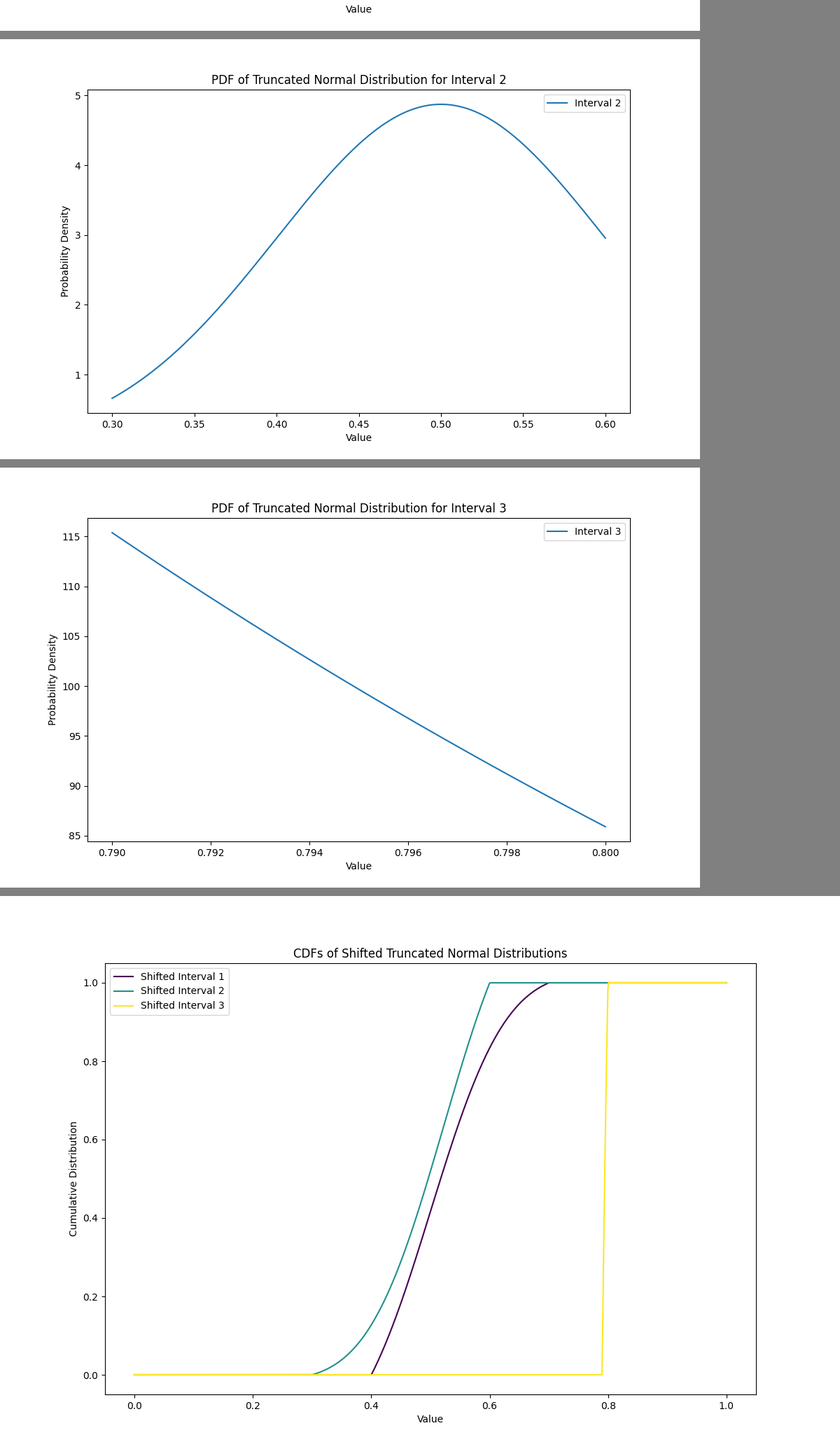
Repository: KrystofM/stealing-part-lm-supplementary-plaid
Script's output: python optimize_logit_queries/askers/some_one_over_n_copy.py
These files come from the project's save history. The script's output is drawn as it stood at one moment and after the next save; the edit follows.
The pictures show rows 556 to 2636 of an output 2636 px tall, at 70% of full size.
Each picture stacks the figures in order, with grey between them; figures that are only written to a file come last. Random numbers start from a fixed seed.

Above is the script's output before, as saved 2024-06-20 16:26:59.

After the next save:
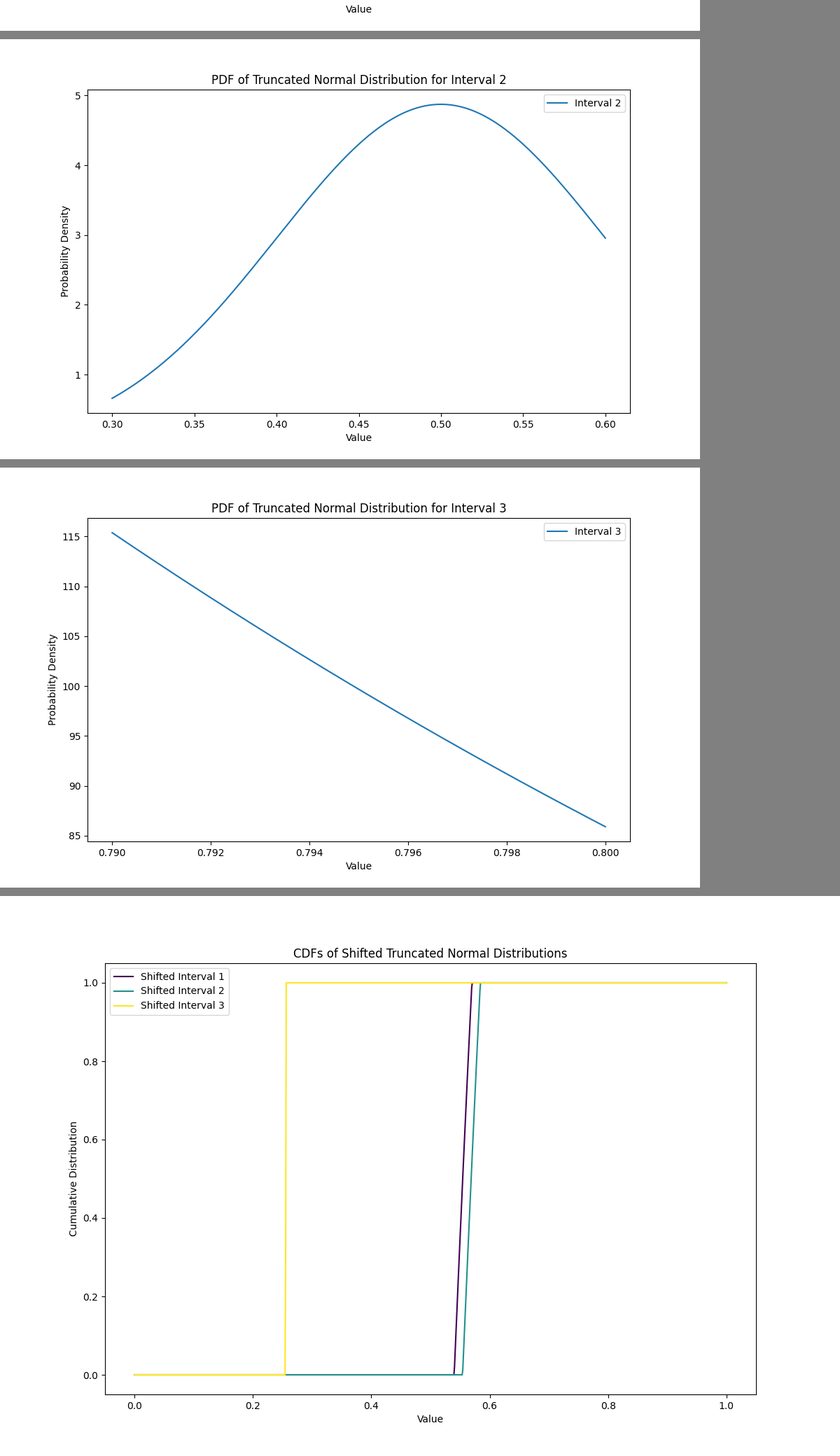
Saved 3 min 6 s later.
--- a/optimize_logit_queries/askers/some_one_over_n_copy.py
+++ b/optimize_logit_queries/askers/some_one_over_n_copy.py
@@ -140,7 +140,7 @@ for i in range(n):
     x_min = 0  # Extend the range to cover more of the tail
     x_max = 1
     x = np.linspace(x_min, x_max, 1000)
-    shifted_dist = truncnorm((low[i] - mu - r_values[i]) / sigma, (high[i] - mu - r_values[i]) / sigma, loc=mu + r_values[i], scale=sigma)
+    shifted_dist = truncnorm(low[i]+ r_values[i], high[i]+ r_values[i], loc=mu + r_values[i], scale=sigma)
     plt.plot(x, shifted_dist.cdf(x), color=colors[i], label=f'Shifted Interval {i+1}')
 plt.xlabel('Value')
 plt.ylabel('Cumulative Distribution')
